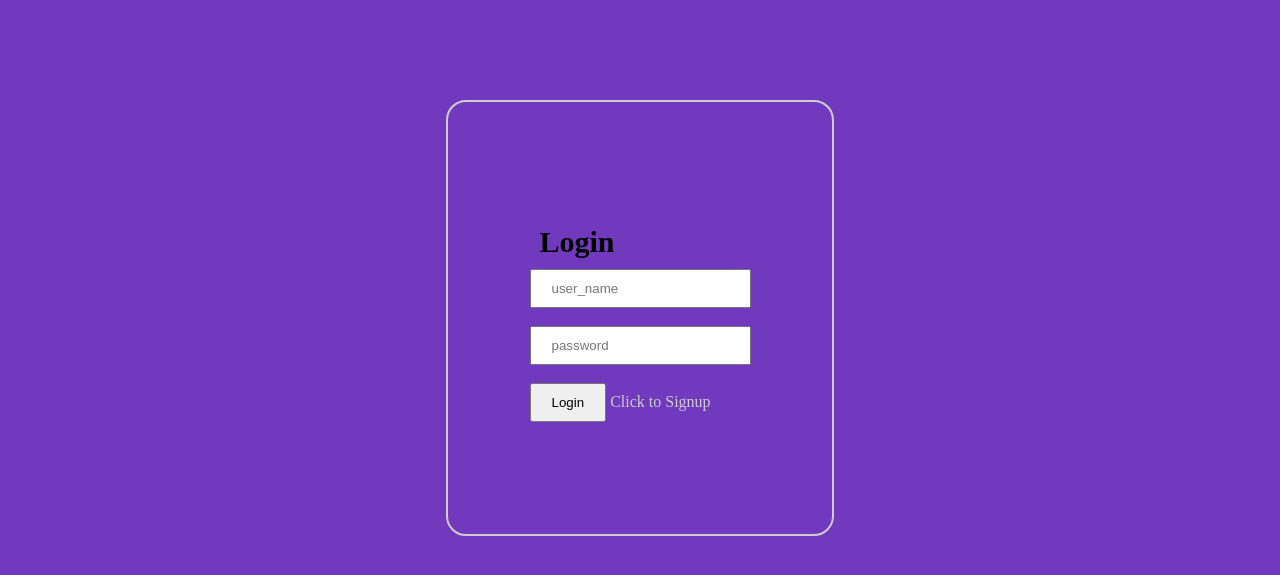
Repository: prathyushaa5/artgallery
Page: http://localhost/index/login.php
An editor plug-in stored every save of this project. The page is shown before and after the next save, followed by the edit.
The browser window is 1280 px wide. The pictures show the whole page.
The page is run by PHP 8.4 with error messages shown; the project is at /var/www/html/.

Above is the page before, as saved 2023-11-16 13:46:24.

### index/login.php
<?php
session_start();
include("connection.php");
include("functions.php");


if($_SERVER['REQUEST_METHOD']== "POST"){
 //something was posted

$user_name= $_POST['user_name'];
$password= $_POST['password'];
if(!empty($user_name)&& !empty($password)){
  //read from database;
  $user_id=random_num(10);
  $query="select * from users where user_name='$user_name' limit 1";
  $result=mysqli_query($con,$query);
  if($result){
    if($result && mysqli_num_rows($result)>0)
{
    $user_data=mysqli_fetch_assoc($result);
     if($user_data['password']==$password){
        $_SESSION['user_id']=$user_data['user_id'];
        header("Location: art.php");
        die;
     }
}
 }
 echo "Please enter valid username or password!";

}else{
 echo "Please enter valid username or password!";
}
}


?>

<!DOCTYPE html>
<html lang="en">
<head>
    <meta charset="UTF-8">
    <meta name="viewport" content="width=device-width, initial-scale=1.0">
    <title>Login</title>
    <link rel="stylesheet" href="../index/style.css">
</head>
<body>
    <div class="box">
    <form method="post">
        <div class="login">Login</div>
    <input type="text" name="user_name" id="user_name" placeholder="user_name"><br><br>
    <input type="password" name="password" id="password" placeholder="password"><br><br>
    <input type="submit" value="Login">
    <a href="signup.php"> Click to Signup</a>
    </form>
    </div>
</body>
</html>

### index/connection.php
<?php

$dbhost="localhost";
$dbuser="root";
$dbpass="";
$dbname="artgallery";

if(!$con=mysqli_connect($dbhost,$dbuser,$dbpass,$dbname)){
  die("failed connection");
}

### index/functions.php
<?php


function check_login($con){

  if(isset($_SESSION['user_id'])){

    $id=$_SESSION['user_id'];
    $query="select * from users where user_id='$id' limit 1";
    $result=mysqli_query($con,$query);
    if($result&&mysqli_num_rows($result)>0){
       $user_data=mysqli_fetch_assoc($result);
       return $user_data;
    }
  }
  //redirect to login
  header("Location :login.php");
  die;
}

function random_num($length){
    $text="";
    if($length<5){
        $length=5;
    }
    $len=rand(4,$length);
    for($i=0;$i<$len;$i++){
        $text .=rand(0,9);

    }
    return $text;
}

### index/style.css
body{
    padding:0px;
    margin:0px;
    background-color:#ffffff;
    display:flex;
    justify-content:center;
    align-items:center;
    background-color:#713ABE;
}
.login{
    margin:10px;
    font-size:30px;
    font-weight:bolder;

}
.box{
    width:30%;
    height:60vh;
    border:2px solid #ccc;
    margin:100px;
    display:flex;
    flex-direction:column;
    justify-content:center;
    align-items:center;
    border-radius:20px;
}
input{
    padding:10px 20px;
}
a{
    text-decoration:none;
    color:#ccc;
}

After the next save:
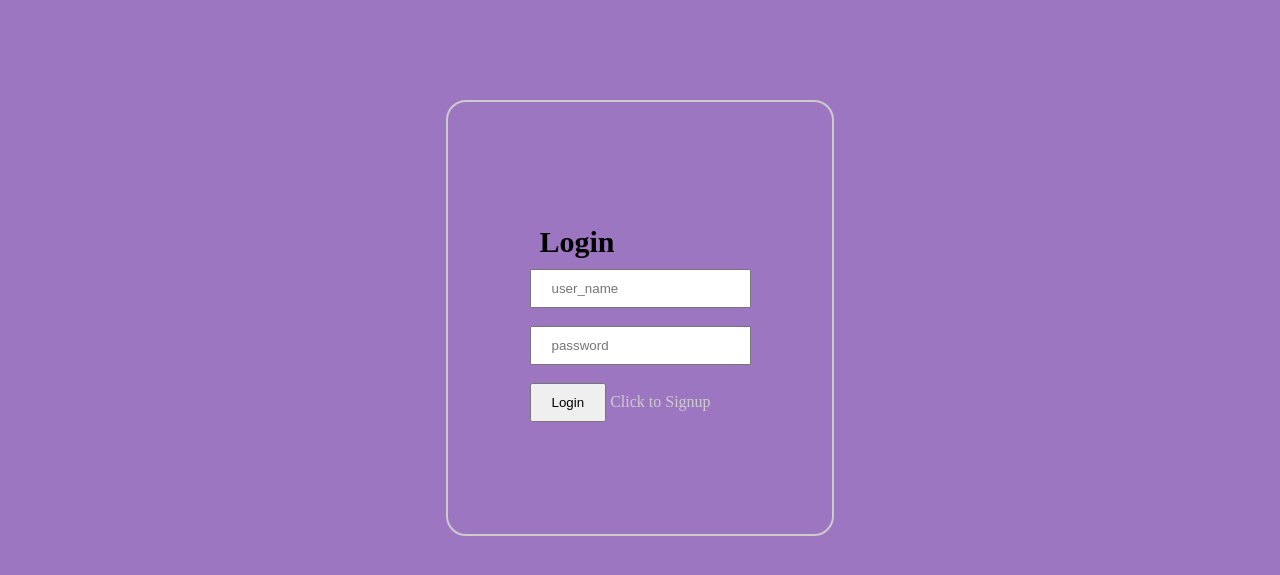
Saved 17 s later.
--- a/index/style.css
+++ b/index/style.css
@@ -5,7 +5,7 @@ body{
     display:flex;
     justify-content:center;
     align-items:center;
-    background-color:#713ABE;
+    background-color:#9D76C1;
 }
 .login{
     margin:10px;
